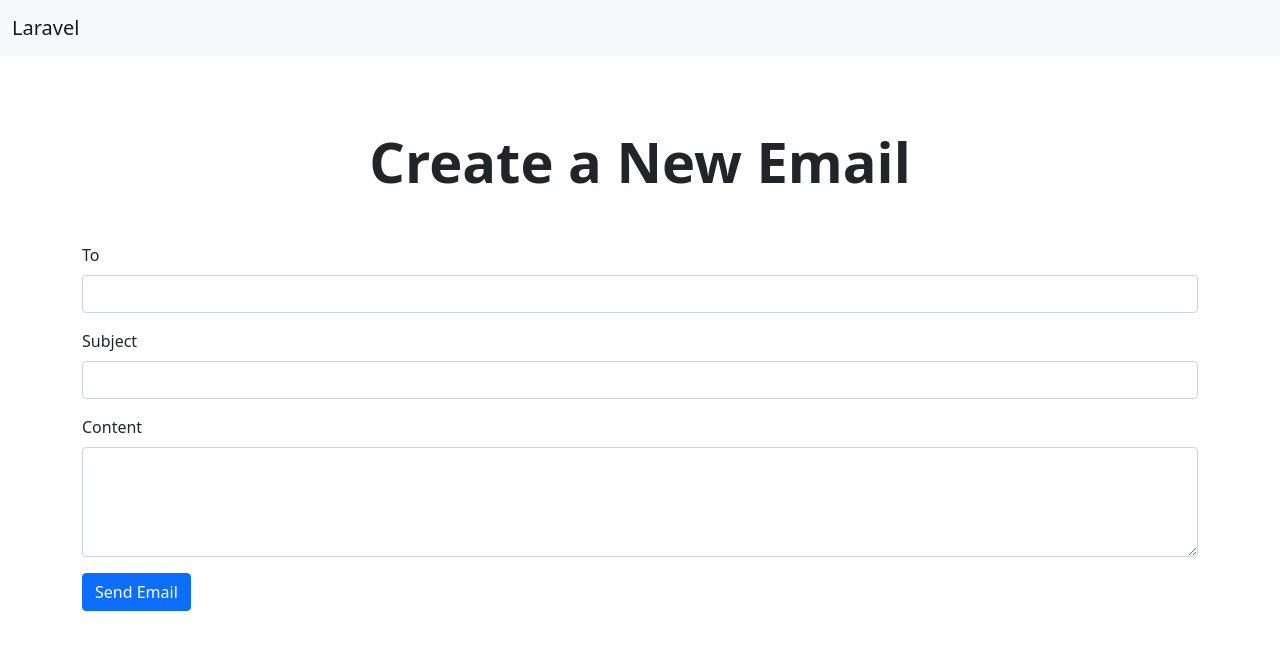
Repository: Abdulahi338/Authentication-using-laravel-11
Page: http://localhost/emails/create
These files come from the project's save history. The page is drawn as it stood at one moment and after the next save; the edit follows.
The browser window is 1280 px wide. The pictures show the whole page.
The page is served by the project's Laravel application, run on PHP 8.4 with Laravel 12. A made-up administrator, Test User (test@example.com), is signed in. Other server files are loaded and not shown.

Above is the page before, as saved 2024-11-20 09:30:37.

### routes/web.php
<?php


use Illuminate\Support\Facades\Route;
use App\Http\Controllers\AuthController;
use App\Http\Controllers\EmailController;
use Illuminate\Support\Facades\Auth;

// Guest routes (not logged in)
Route::middleware('guest')->group(function () {
    // Home route
    Route::get('/', function () {
        return view('layouts.app');
    })->name('home');

    // Registration routes
    Route::get('/register', function () {
        return view('auth.register');
    })->name('register.form');

    Route::post('/register', [AuthController::class, 'register'])->name('register');

    // Login routes
    Route::get('/login', function () {
        return view('auth.login');
    })->name('login.form');

    Route::post('/login', [AuthController::class, 'login'])->name('login');

    // Password reset request routes
    Route::get('/password/reset', [AuthController::class, 'showResetRequestForm'])->name('password.request');
    Route::post('/password/email', [AuthController::class, 'sendResetLinkEmail'])->name('password.email');

    // Password reset routes
    Route::get('/password/reset/{token}/{email}', [AuthController::class, 'showResetForm'])->name('password.reset');
    Route::post('/password/reset', [AuthController::class, 'reset'])->name('password.update');
    Route::get('/verify-email/{token}', [AuthController::class, 'verifyEmail'])->name('verification.verify');



});

// Authenticated routes (users who are logged in)
Route::middleware('auth')->group(function () {
     // Email verification route

    // Verification notice route
    Route::get('/verification-notice', function () {
        return view('auth.verification-notice');
    })->name('verification.notice');
        // Resend verification route
        Route::post('/resend-verification', [AuthController::class, 'resendVerification'])->name('verification.resend');
    // Dashboard route
    Route::get('/dashboard', [AuthController::class, 'dashboard'])->name('dashboard');

    // Logout route
    Route::post('/logout', [AuthController::class, 'logout'])->name('logout');
    // Route::post('/logout', [AuthenticatedSessionController::class, 'destroy'])->name('logout');


});


use App\Http\Controllers\PostController;

Route::middleware(['auth', 'verified'])->group(function () {
    Route::get('/posts', [PostController::class, 'index'])->name('posts.index');
    Route::get('/posts/create', [PostController::class, 'create'])->name('posts.create');
    Route::post('/posts', [PostController::class, 'store'])->name('posts.store');
    Route::get('/posts/{post}/edit', [PostController::class, 'edit'])->name('posts.edit');
    Route::put('/posts/{post}', [PostController::class, 'update'])->name('posts.update');
    Route::delete('/posts/{post}', [PostController::class, 'destroy'])->name('posts.destroy');


        // Email Routes
        Route::get('/emails', [EmailController::class, 'index'])->name('emails.index');
        Route::get('/emails/create', [EmailController::class, 'create'])->name('emails.create');
        Route::get('/emails/outgoing', [EmailController::class, 'outgoingEmails'])->name('emails.outgoing');

        Route::post('/emails', [EmailController::class, 'store'])->name('emails.store');
        Route::get('/emails/incoming', [EmailController::class, 'incomingEmails'])->name('emails.incoming');


        Route::delete('/emails/outgoing', [EmailController::class, 'deleteOutgoing'])->name('emails.outgoing.delete');

});

### app/Models/User.php
<?php

namespace App\Models;

// use Illuminate\Contracts\Auth\MustVerifyEmail;
use Illuminate\Database\Eloquent\Factories\HasFactory;
use Illuminate\Foundation\Auth\User as Authenticatable;
use Illuminate\Notifications\Notifiable;

class User extends Authenticatable
{
    use HasFactory, Notifiable;

    /**
     * The attributes that are mass assignable.
     *
     * @var array<int, string>
     */
    // User.php
public function posts()
{
    return $this->hasMany(Post::class);
}


    protected $fillable = [
        'name',
        'email',
        'password',
    ];

    /**
     * The attributes that should be hidden for serialization.
     *
     * @var array<int, string>
     */
    protected $hidden = [
        'password',
        'remember_token',
    ];

    /**
     * Get the attributes that should be cast.
     *
     * @return array<string, string>
     */
    protected function casts(): array
    {
        return [
            'email_verified_at' => 'datetime',
            'password' => 'hashed',
        ];
    }
}

### app/Http/Controllers/EmailController.php
<?php

namespace App\Http\Controllers;

use App\Models\IncomingEmail;
use App\Models\OutgoingEmail;
use Illuminate\Http\Request;
use App\Mail\UserEmail;
use Illuminate\Support\Facades\Mail;
use Carbon\Carbon;

class EmailController extends Controller
{
    // Index method to list incoming and outgoing emails
    public function index()
    {
        $incomingEmails = IncomingEmail::where('user_id', auth()->id())->get();
        $outgoingEmails = OutgoingEmail::where('user_id', auth()->id())->get();

        return view('emails.index', compact('incomingEmails', 'outgoingEmails'));
    }

    // Show the email creation form
    public function create()
    {
        return view('emails.create');
    }

    // Store a new outgoing email and send it
    public function store(Request $request)
    {
        // Validate the request
        $request->validate([
            'to' => 'required|email',
            'subject' => 'required|string|max:255',
            'content' => 'required|string',
        ]);

        // Store the outgoing email in the database
        $outgoingEmail = OutgoingEmail::create([
            'user_id' => auth()->id(),
            'to' => $request->to,
            'subject' => $request->subject,
            'content' => $request->content,
            'sent_at' => now(),
        ]);

        // Prepare email details
        $emailDetails = [
            'to' => $request->to,
            'subject' => $request->subject,
            'content' => $request->content,
        ];

        // Send the email using the UserEmail Mailable
        Mail::to($request->to)->send(new UserEmail($emailDetails));

        return redirect()->route('emails.index')->with('message', 'Email sent successfully!');
    }

    // Dashboard method to provide data for an admin or user dashboard
    public function dashboard()
    {
        // Calculate counts for incoming and outgoing emails
        $incomingCount = IncomingEmail::where('user_id', auth()->id())->count();
        $outgoingCount = OutgoingEmail::where('user_id', auth()->id())->count();
        $totalEmails = $incomingCount + $outgoingCount;

        // Fetch the latest 10 emails (both incoming and outgoing)
        $emails = IncomingEmail::where('user_id', auth()->id())
                    ->latest()
                    ->limit(5)
                    ->get()
                    ->merge(
                        OutgoingEmail::where('user_id', auth()->id())
                        ->latest()
                        ->limit(5)
                        ->get()
                    )
                    ->sortByDesc('created_at'); // Sort by date

        // Pass data to the dashboard view
        return view('emails.dashboard', compact('incomingCount', 'outgoingCount', 'totalEmails', 'emails'));
    }

    public function incomingEmails()
{
    // Fetch incoming emails for the authenticated user
    $incomingEmails = IncomingEmail::where('user_id', auth()->id())->get();

    // Pass the emails to a view
    return view('emails.incoming', compact('incomingEmails'));
}


    // List outgoing emails
    public function outgoingEmails()
    {
        // Fetch outgoing emails and parse 'sent_at' as Carbon instances
        $outgoingEmails = OutgoingEmail::where('user_id', auth()->id())
                                       ->get()
                                       ->map(function ($email) {
                                           $email->sent_at = Carbon::parse($email->sent_at);
                                           return $email;
                                       });

        // Return the 'emails.outgoing' view with outgoing emails
        return view('emails.outgoing', compact('outgoingEmails'));
    }
}

### resources/views/emails/create.blade.php
@extends('layouts.app')

@section('content')
<div class="container py-5">
    <div class="text-center mb-5">
        <h1 class="display-4 fw-bold">{{ __('Create a New Email') }}</h1>
    </div>

    <form action="{{ route('emails.store') }}" method="POST">
        @csrf

        <div class="mb-3">
            <label for="to" class="form-label">To</label>
            <input type="email" class="form-control" id="to" name="to" required>
        </div>

        <div class="mb-3">
            <label for="subject" class="form-label">Subject</label>
            <input type="text" class="form-control" id="subject" name="subject" required>
        </div>

        <div class="mb-3">
            <label for="content" class="form-label">Content</label>
            <textarea class="form-control" id="content" name="content" rows="4" required></textarea>
        </div>

        <button type="submit" class="btn btn-primary">Send Email</button>
    </form>
</div>
@endsection

### resources/views/layouts/app.blade.php
<!DOCTYPE html>
<html lang="en">
<head>
    <meta charset="UTF-8">
    <meta name="viewport" content="width=device-width, initial-scale=1.0">
    <title>{{ config('app.name', 'Laravel App') }}</title>
    <link href="https://cdn.jsdelivr.net/npm/bootstrap@5.1.3/dist/css/bootstrap.min.css" rel="stylesheet">
</head>
<body>
    <nav class="navbar navbar-expand-lg navbar-light bg-light">
        <div class="container-fluid">
            <a class="navbar-brand" href="{{ url('/') }}">{{ config('app.name', 'Laravel App') }}</a>
            <button class="navbar-toggler" type="button" data-bs-toggle="collapse" data-bs-target="#navbarNav" aria-controls="navbarNav" aria-expanded="false" aria-label="Toggle navigation">
                <span class="navbar-toggler-icon"></span>
            </button>
            <div class="collapse navbar-collapse" id="navbarNav">
                <ul class="navbar-nav ms-auto">
                    @guest
                        <li class="nav-item">
                            <a class="nav-link" href="{{ url('/login') }}">Login</a>
                        </li>
                        <li class="nav-item">
                            <a class="nav-link" href="{{ url('/register') }}">Register</a>
                        </li>
                    @endguest
                </ul>
            </div>
        </div>
    </nav>

    <div class="py-4">

        @yield('content')
    </div>

    <script src="https://cdn.jsdelivr.net/npm/bootstrap@5.1.3/dist/js/bootstrap.bundle.min.js"></script>
</body>
</html>

Loaded but not shown: app/Http/Controllers/Controller.php (common file)

After the next save:
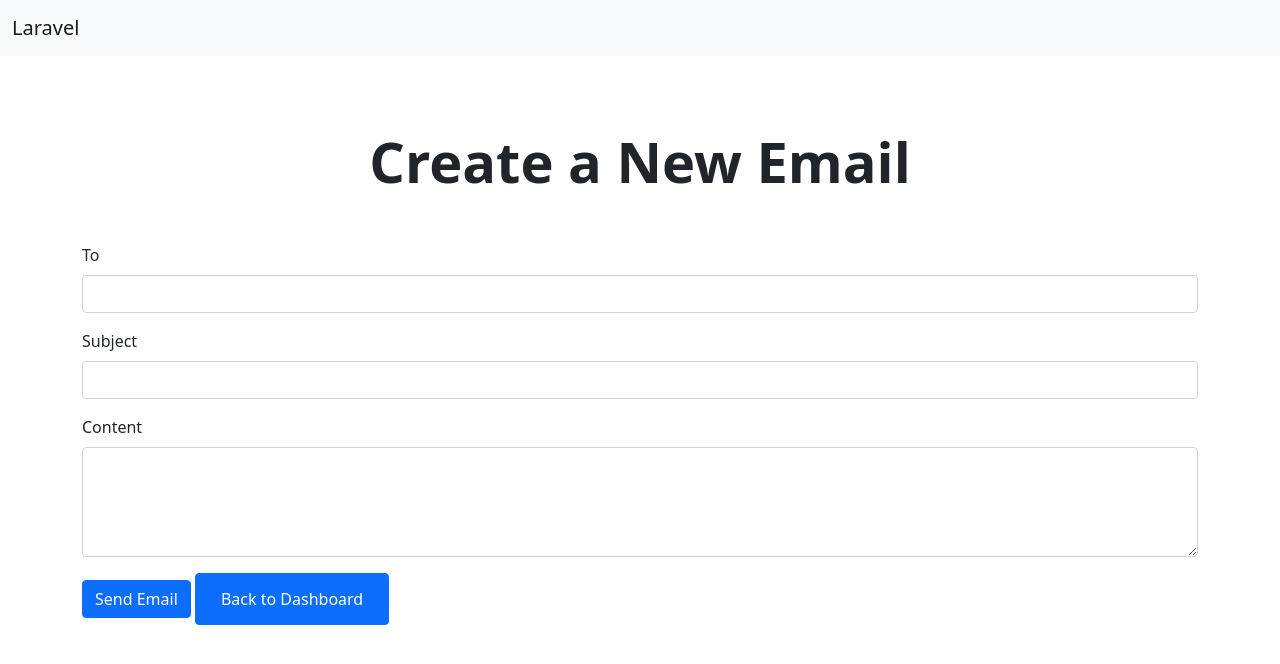
Saved 4 min 19 s later.
--- a/resources/views/emails/create.blade.php
+++ b/resources/views/emails/create.blade.php
@@ -25,6 +25,7 @@
         </div>
 
         <button type="submit" class="btn btn-primary">Send Email</button>
+        <button type="submit" class="btn btn-primary btn-block"><a class="btn btn-primary" href="{{ route('dashboard') }}">Back to Dashboard</a>
     </form>
 </div>
 @endsection
